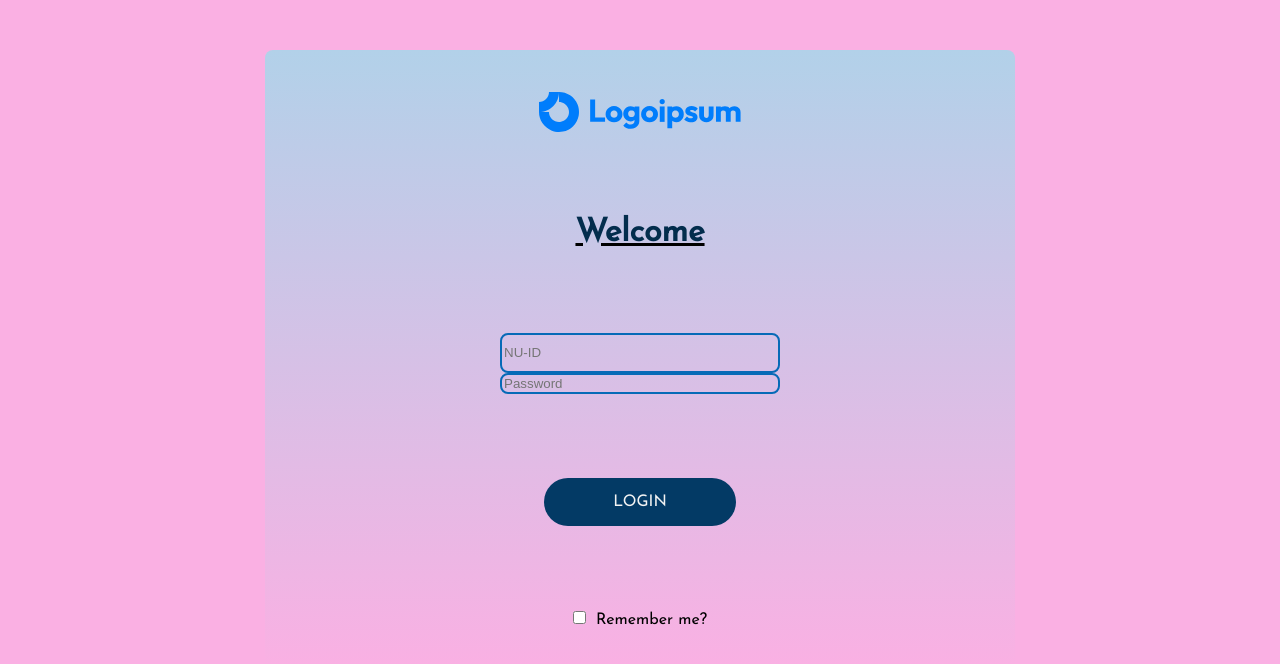
Repository: Tahaa2t/Researchers
Page: /
The author's editor kept a copy of each file at every save. The page is drawn from the files as they stood at one save, then again after the next save.
The browser window is 1280 px wide. The pictures show the whole page.
The project was rebuilt for these pictures with package versions that can differ from the ones it lists, and the page was loaded fresh each time.

Above is the page before, as saved 2023-06-28 00:31:04.

After the next save:
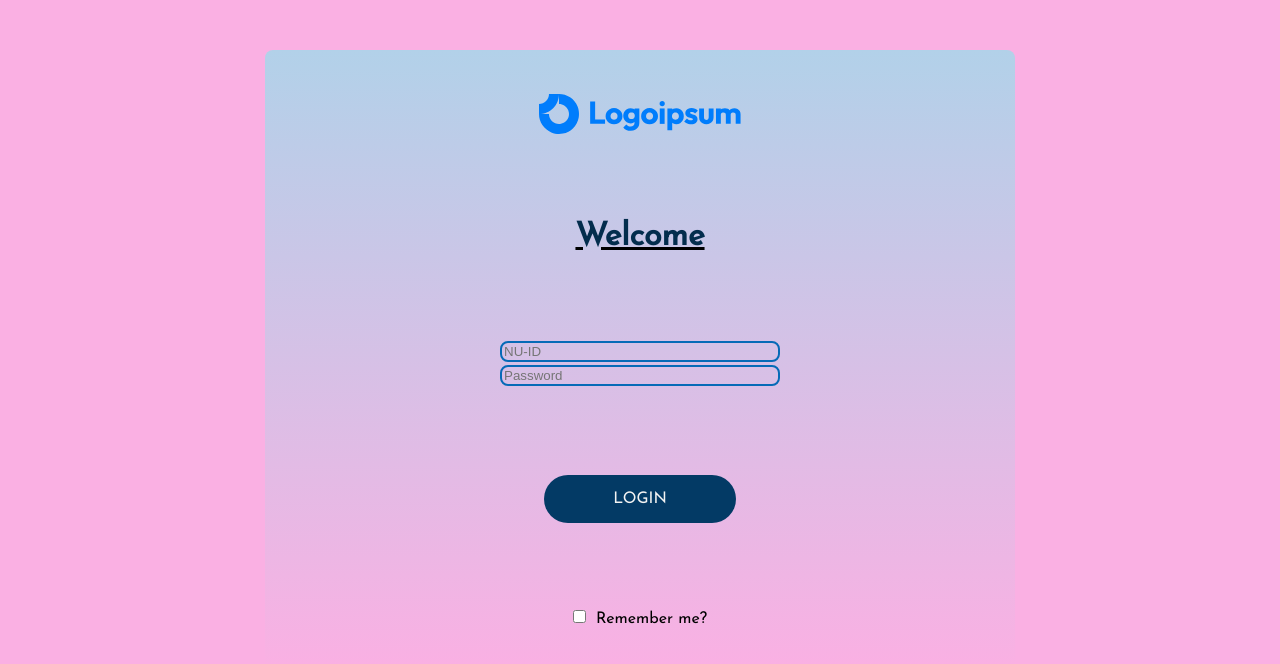
Saved 15 s later.
--- a/src/Components/css/loginstyle.css
+++ b/src/Components/css/loginstyle.css
@@ -56,7 +56,7 @@ h1 {
   flex-direction: column;
   justify-content: space-around;
   width: 280px;
-  /* height: 44px; */
+  height: 3em;
 }
 input[type=text]{
   background-color: rgba(0,0,0,0);
@@ -65,7 +65,7 @@ input[type=text]{
   border-width: 10%;
   border-style: solid;
   /* outline-color: rgb(6, 106, 183); */
-  height: 3em;
+  /* height: 3em; */
   /* width: 280px; */
   /* bottom: -1.5em; */
 }
